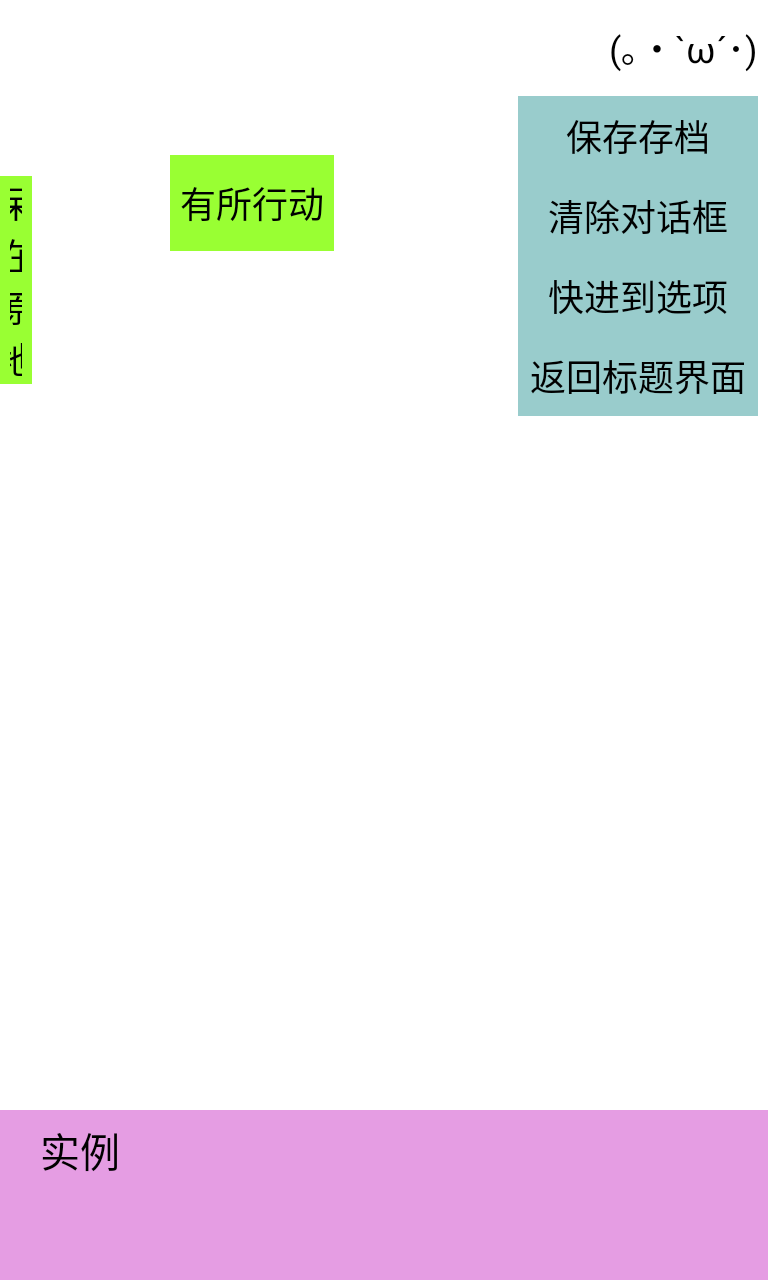
Repository: GuardLDW/HERO
Layout: GuardLDW/res/layout/game.xml
These files come from the project's save history. The layout is drawn as it stood at one moment and after the next save; the edit follows.
It is drawn on a 768 x 1280 px phone screen (xhdpi) without system bars, with theme AppTheme; the app's code is not run.

Above is the layout before, as saved 2016-12-07 11:38:25.

### GuardLDW/res/layout/game.xml
<?xml version="1.0" encoding="utf-8"?>
<RelativeLayout xmlns:android="http://schemas.android.com/apk/res/android"
    android:layout_width="match_parent"
    android:layout_height="match_parent"
    android:orientation="vertical" >


      <ImageView
        android:id="@+id/image_game"
        android:layout_width="match_parent"
        android:layout_height="match_parent"
        android:scaleType="fitXY" />

    <Button
        android:id="@+id/button_dialog"
        android:layout_width="match_parent"
        android:layout_height="wrap_content"
        android:layout_alignParentBottom="true"
        android:background="#afDA70D6"
        android:gravity="left"
        android:minHeight="85dp"
        android:paddingLeft="20dip"
        android:paddingRight="20dip"
        android:paddingTop="5dip"
        android:text = "实例"
        android:textSize="20sp" />

    <Button
        android:id="@+id/button_startgameset"
        android:layout_width="wrap_content"
        android:layout_height="wrap_content"
        android:layout_alignParentRight="true"
        android:layout_alignParentTop="true"
        android:text="(｡・`ω´･)"
        android:layout_marginRight="5dp"
        android:background="#00FFFFFF"/>

    <Button
        android:id="@+id/button_save"
        android:layout_width="120dp"
        android:layout_height="40dp"
        android:layout_alignParentRight="true"
        android:layout_marginRight="5dp"
        android:layout_below="@+id/button_startgameset"
        android:background="#99CCCC"
        android:text="保存存档" />

    <Button
        android:id="@+id/button_remove"
        android:layout_width="120dp"
        android:layout_height="40dp"
        android:layout_alignParentRight="true"
        android:layout_below="@+id/button_save"
        android:layout_marginRight="5dp"
        android:background="#99CCCC"
        android:text="清除对话框" />

    <Button
        android:id="@+id/button_fast"
        android:layout_width="120dp"
        android:layout_height="40dp"
        android:layout_alignParentRight="true"
        android:layout_below="@+id/button_remove"
        android:background="#99CCCC"
        android:layout_marginRight="5dp"
        android:text="快进到选项" />

    <Button
        android:id="@+id/button_backtotitle"
        android:layout_width="120dp"
        android:layout_height="40dp"
        android:layout_alignParentRight="true"
        android:layout_below="@+id/button_fast"
        android:layout_marginRight="5dp"
        android:background="#99CCCC"
        android:text="返回标题界面" />

    <Button
        android:id="@+id/button_dochoice"
        android:layout_width="wrap_content"
        android:layout_height="wrap_content"
        android:layout_alignBaseline="@+id/button_staychoice"
        android:layout_alignBottom="@+id/button_staychoice"
        android:layout_marginRight="92dp"
        android:layout_toLeftOf="@+id/button_remove"
        android:background="#99FF33"
        android:paddingLeft="5dp"
        android:paddingRight="5dp"
        android:text="有所行动" />

    <Button
        android:id="@+id/button_staychoice"
        android:layout_width="wrap_content"
        android:layout_height="wrap_content"
        android:layout_alignTop="@+id/button_remove"
        android:layout_marginRight="69dp"
        android:layout_toLeftOf="@+id/button_dochoice"
        android:background="#99FF33"
        android:paddingLeft="5dp"
        android:paddingRight="5dp"
        android:text="呆在原地" />

</RelativeLayout>

Loaded but not shown: GuardLDW/res/values/styles.xml (common file); GuardLDW/res/values-v11/styles.xml (common file); GuardLDW/res/values-v14/styles.xml (common file)

After the next save:
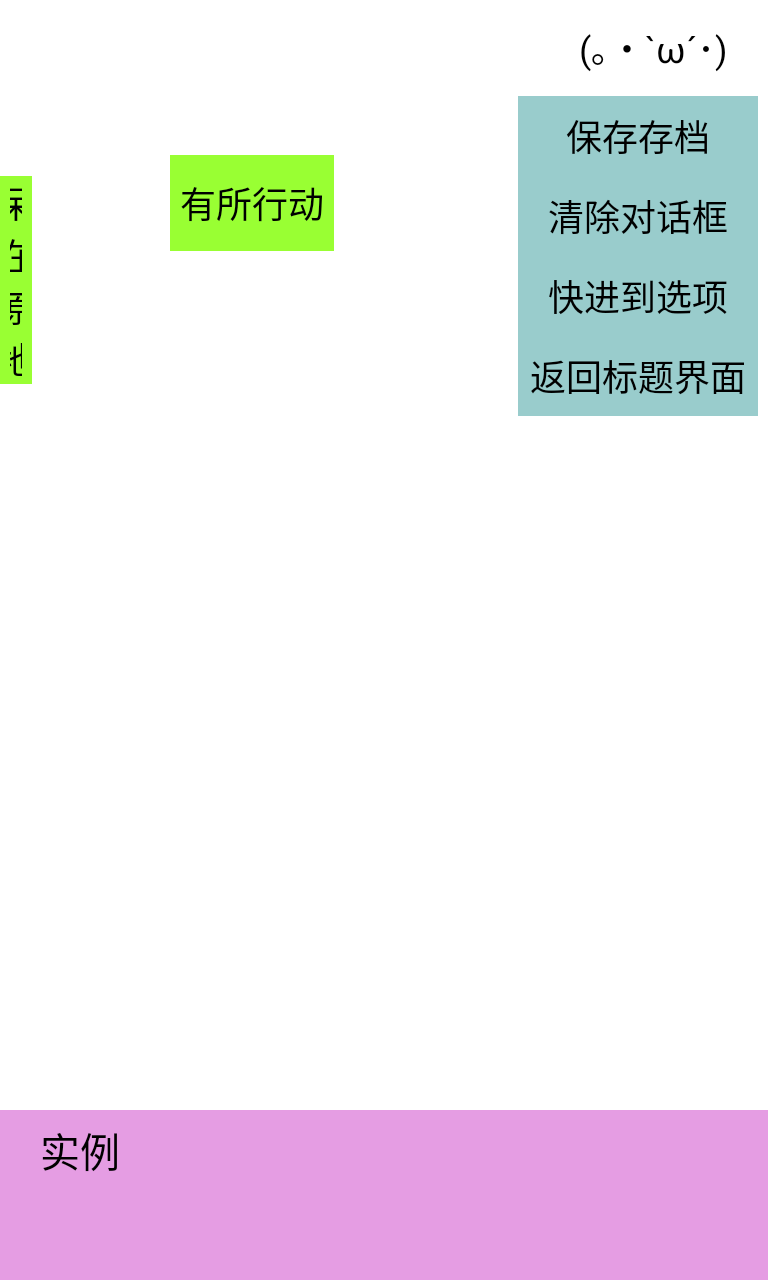
Saved 7 s later.
--- a/GuardLDW/res/layout/game.xml
+++ b/GuardLDW/res/layout/game.xml
@@ -32,7 +32,7 @@
         android:layout_alignParentRight="true"
         android:layout_alignParentTop="true"
         android:text="(｡・`ω´･)"
-        android:layout_marginRight="5dp"
+        android:layout_marginRight="20dp"
         android:background="#00FFFFFF"/>
 
     <Button
